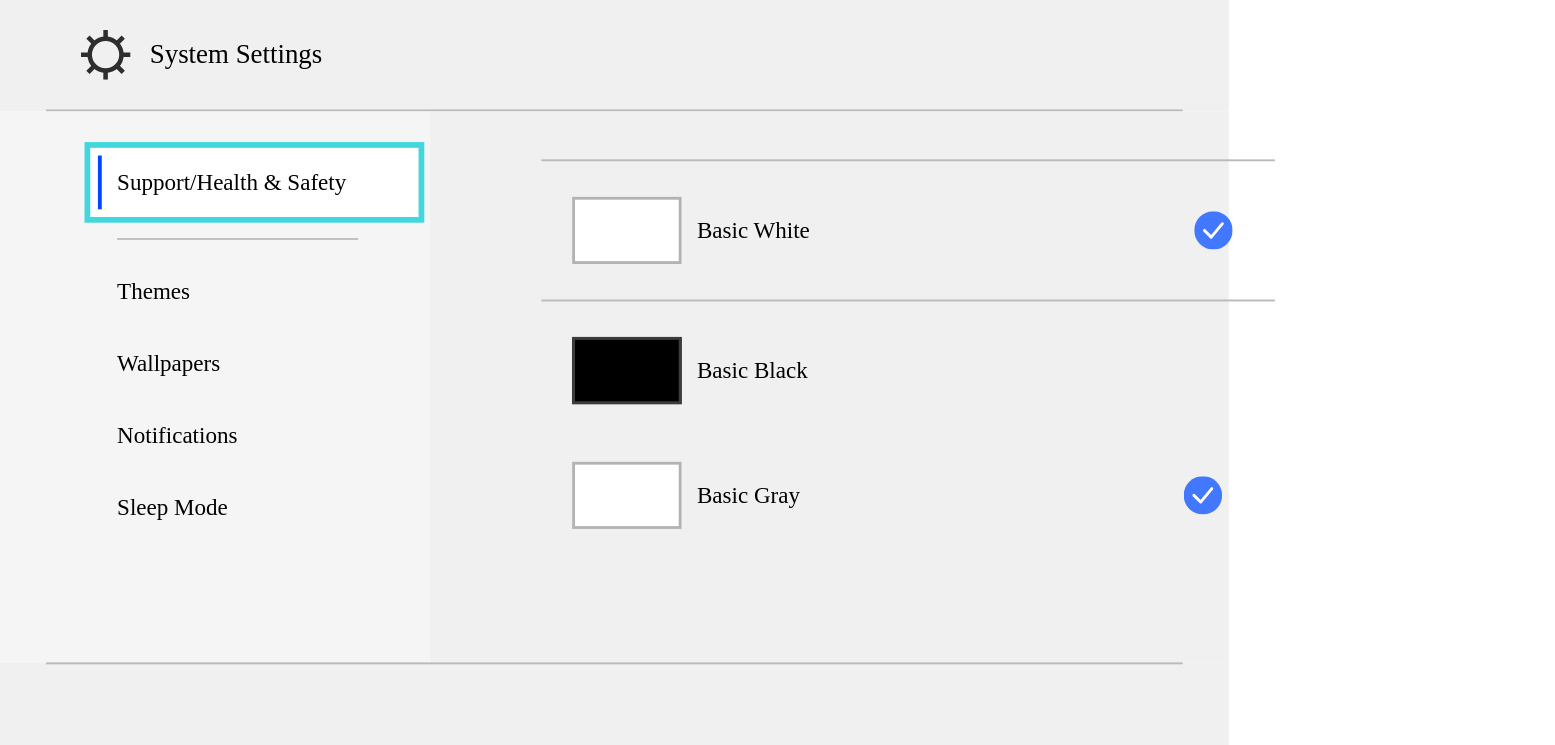
Repository: danielj1415/nintendoSwitchUI2
Page: /settings
These files come from the project's save history. The page is drawn as it stood at one moment and after the next save; the edit follows.
The browser window is 1280 px wide. The page is 1620 px wide, so the pictures cover 1620 px, including what lies to the right of the window. The pictures show the whole page, at 96% of full size.
The project was rebuilt for these pictures with package versions that can differ from the ones it lists, and the page was loaded fresh each time. Also part of the build but not shown: vite.config.js, src/ScreenHome.jsx.

Above is the page before, as saved 2024-09-30 10:20:14.

After the next save:
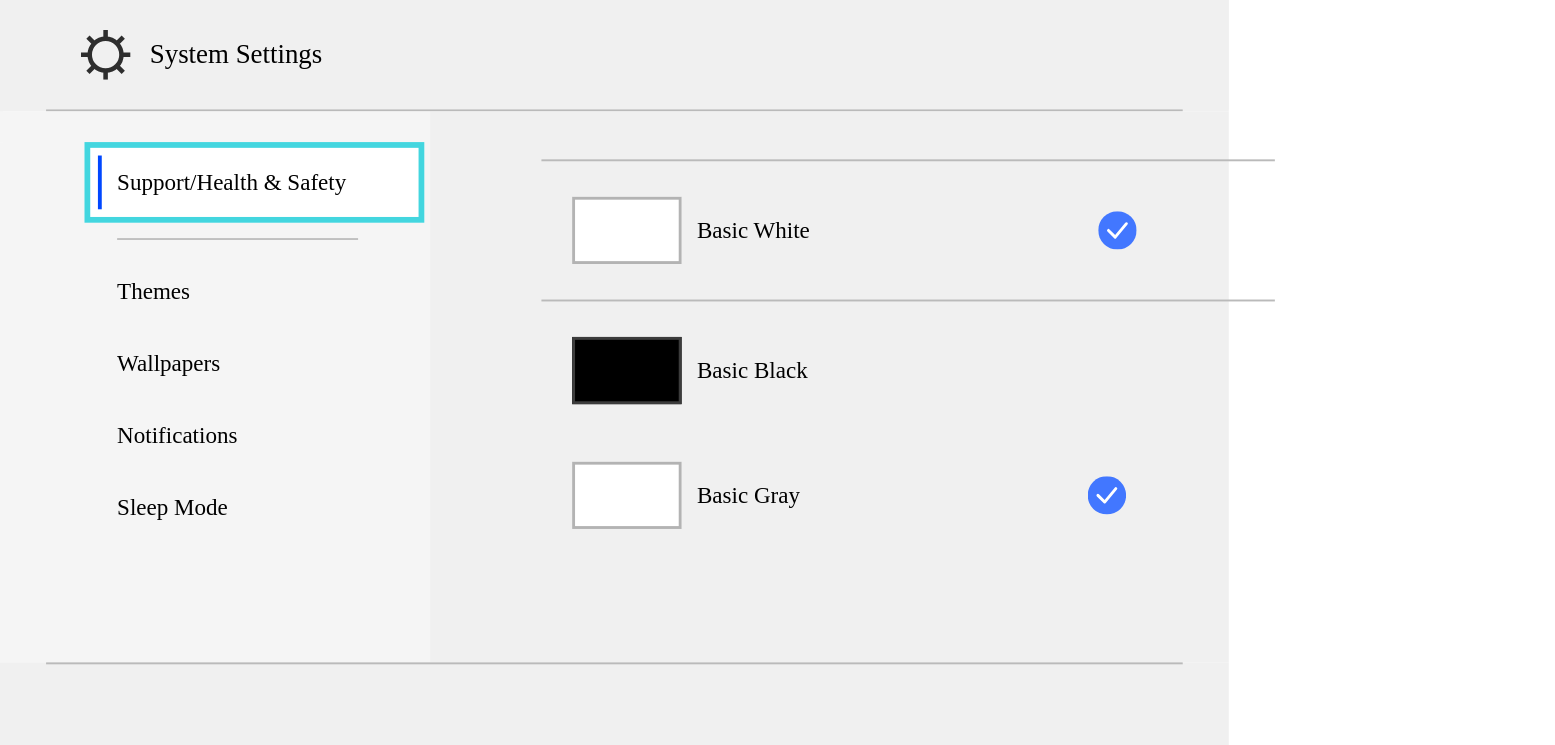
Saved 7 s later.
--- a/src/ScreenSettings.css
+++ b/src/ScreenSettings.css
@@ -309,7 +309,7 @@
         .iconCheckMark{
             width: 40px;
             height: 40px;
-            margin-left: 400px;
+            margin-left: 300px;
         }
         .themeWhiteRectangle{
             width: 108px;
